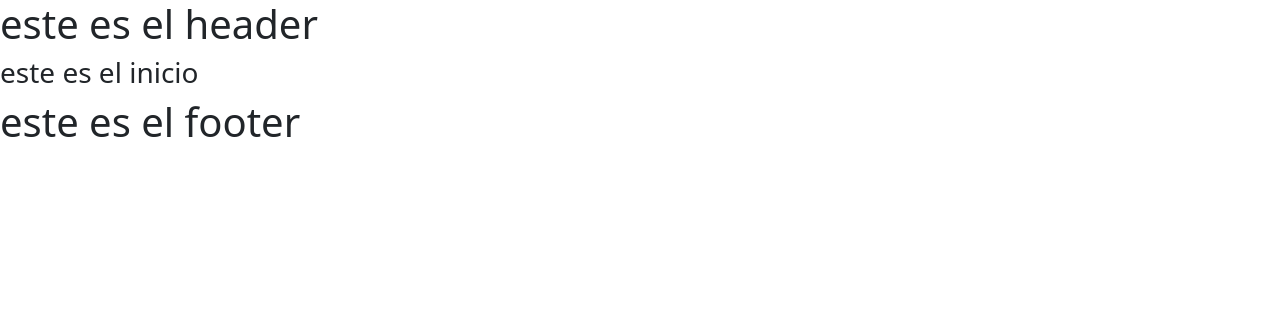
Repository: apolovip/proyecto
Page: http://localhost/
These files come from the project's save history. The page is drawn as it stood at one moment and after a run of saves; the edit follows.
The browser window is 1280 px wide. The pictures show the whole page.
The page is run by PHP 8.4 with error messages shown; the project is at /var/www/html/.

Above is the page before, as saved 2025-09-14 09:00:32.

After the next 2 saves:
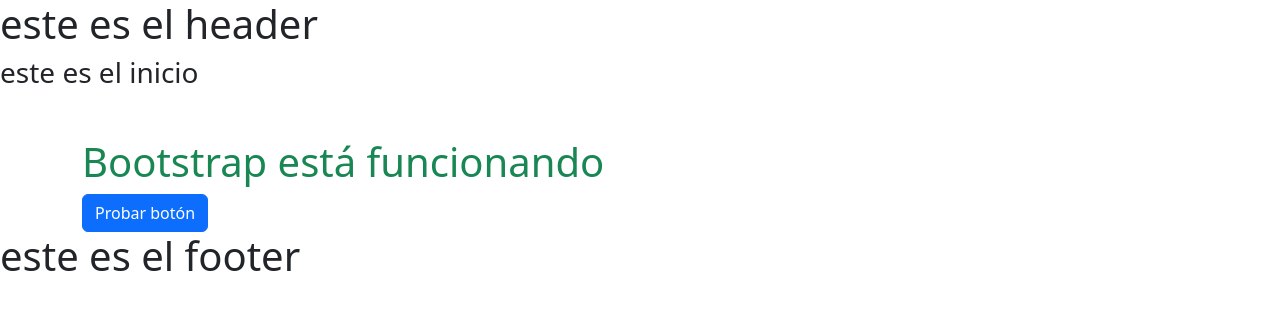
The 2 saves are shown as one change because they came seconds apart.
The last was saved 4 min 0 s later.
--- a/src/view/html/inicio-view.php
+++ b/src/view/html/inicio-view.php
@@ -1 +1,6 @@
 <h3>este es el inicio</h3>
+
+<div class="container mt-5">
+    <h1 class="text-success">Bootstrap está funcionando</h1>
+    <button class="btn btn-primary">Probar botón</button>
+</div>

After the 2 saves that followed:
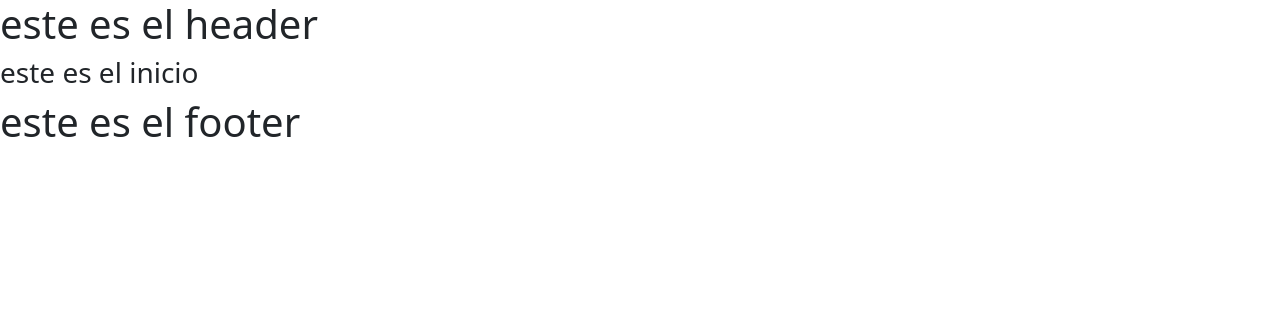
The 2 saves are shown as one change because they came seconds apart.
The last was saved 47 s later.
--- a/src/view/html/inicio-view.php
+++ b/src/view/html/inicio-view.php
@@ -1,6 +1 @@
 <h3>este es el inicio</h3>
-
-<div class="container mt-5">
-    <h1 class="text-success">Bootstrap está funcionando</h1>
-    <button class="btn btn-primary">Probar botón</button>
-</div>
